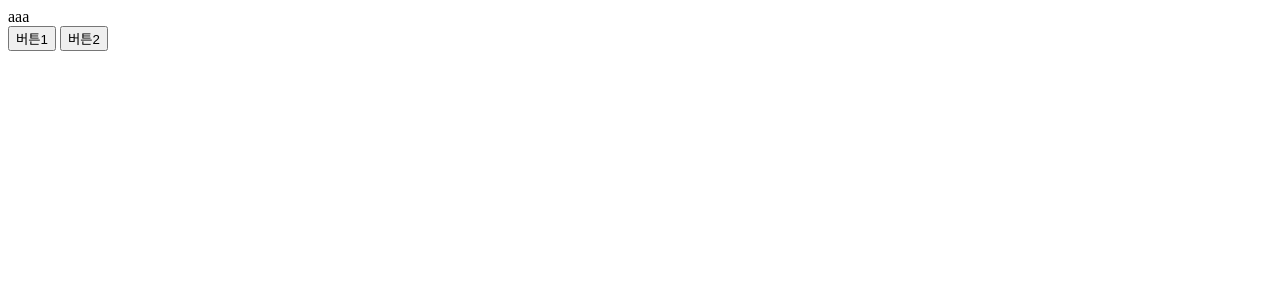
Repository: LeeJungHoon1/javaWeb
Page: ajaxPrj_09_6/src/main/webapp/jquery3_3.html
The author's editor kept a copy of each file at every save. The page is drawn from the files as they stood at one save, then again after the next save.
The browser window is 1280 px wide. The pictures show the whole page.

Above is the page before, as saved 2023-09-06 02:12:27.

After the next save:
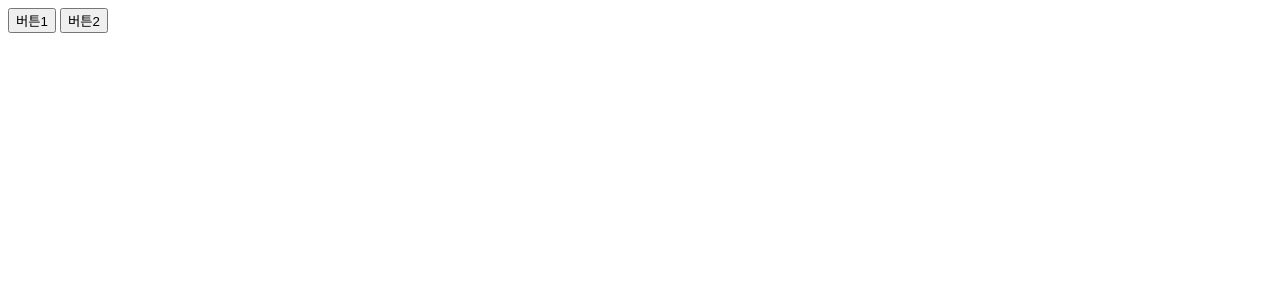
Saved 8 s later.
--- a/ajaxPrj_09_6/src/main/webapp/jquery3_3.html
+++ b/ajaxPrj_09_6/src/main/webapp/jquery3_3.html
@@ -16,8 +16,6 @@
 </head>
 <body>
 
-	<div id="wrap">aaa</div>
-
 	<button id="btn1">버튼1</button>
 	<button id="btn2">버튼2</button>
 
